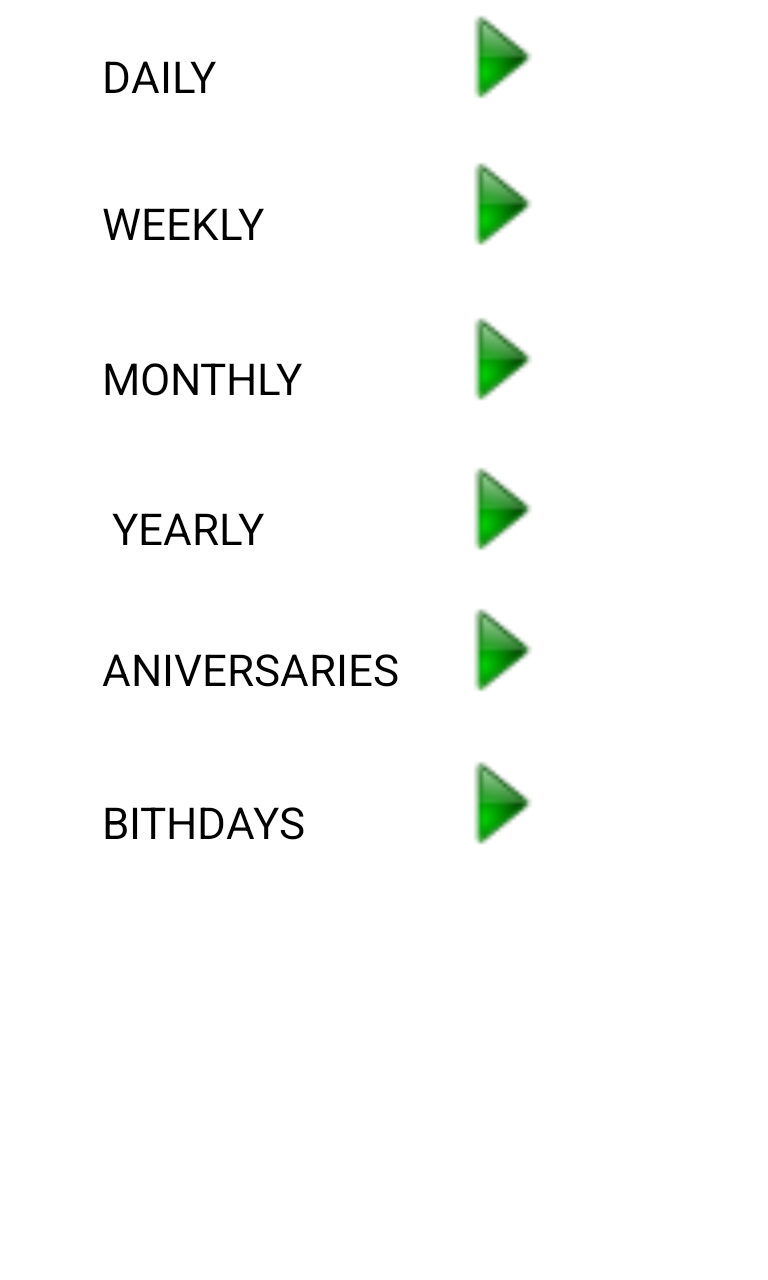
Repository: satyadarls/ToDo
Layout: ToDo/res/layout/activity_main.xml
An editor plug-in stored every save of this project. The layout is shown before and after the next save, followed by the edit.
It is drawn on a 768 x 1280 px phone screen (xhdpi) without system bars, with theme AppTheme; the app's code is not run.

Above is the layout before, as saved 2014-07-06 09:42:49.

### ToDo/res/layout/activity_main.xml
<?xml version="1.0" encoding="utf-8"?>
<RelativeLayout xmlns:android="http://schemas.android.com/apk/res/android"
    android:layout_width="match_parent"
    android:layout_height="match_parent" >

    <Button
        android:id="@+id/monthlybutton"
        style="?android:attr/buttonStyleSmall"
        android:layout_width="wrap_content"
        android:layout_height="wrap_content"
        android:layout_alignBottom="@+id/textView3"
        android:layout_alignLeft="@+id/weeklybutton"
        android:background="@drawable/rightarrow" />

    <Button
        android:id="@+id/dialybutton"
        style="?android:attr/buttonStyleSmall"
        android:layout_width="wrap_content"
        android:layout_height="wrap_content"
        android:layout_above="@+id/textView2"
        android:layout_marginLeft="26dp"
        android:layout_toRightOf="@+id/textView4"
        android:background="@drawable/rightarrow"/>

    <Button
        android:id="@+id/weeklybutton"
        style="?android:attr/buttonStyleSmall"
        android:layout_width="wrap_content"
        android:layout_height="wrap_content"
        android:layout_above="@+id/textView3"
        android:layout_alignLeft="@+id/dialybutton"
        android:background="@drawable/rightarrow"/>

    <TextView
        android:id="@+id/textView2"
        android:layout_width="wrap_content"
        android:layout_height="wrap_content"
        android:layout_alignLeft="@+id/textView1"
        android:layout_below="@+id/textView1"
        android:layout_marginTop="44dp"
        android:text="WEEKLY"
        android:textAppearance="?android:attr/textAppearanceLarge" />

    <TextView
        android:id="@+id/textView3"
        android:layout_width="wrap_content"
        android:layout_height="wrap_content"
        android:layout_alignLeft="@+id/textView2"
        android:layout_below="@+id/textView2"
        android:layout_marginTop="48dp"
        android:text="MONTHLY"
        android:textAppearance="?android:attr/textAppearanceLarge" />

    <TextView
        android:id="@+id/textView5"
        android:layout_width="wrap_content"
        android:layout_height="wrap_content"
        android:layout_alignLeft="@+id/textView4"
        android:layout_below="@+id/textView4"
        android:layout_marginTop="47dp"
        android:text="BITHDAYS"
        android:textAppearance="?android:attr/textAppearanceLarge" />

    <TextView
        android:id="@+id/textView1"
        android:layout_width="wrap_content"
        android:layout_height="wrap_content"
        android:layout_alignParentLeft="true"
        android:layout_alignParentTop="true"
        android:layout_marginLeft="51dp"
        android:layout_marginTop="23dp"
        android:text="DAILY"
        android:textAppearance="?android:attr/textAppearanceLarge" />

    <TextView
        android:id="@+id/textView4"
        android:layout_width="wrap_content"
        android:layout_height="wrap_content"
        android:layout_alignLeft="@+id/textView3"
        android:layout_below="@+id/textView3"
        android:layout_marginTop="116dp"
        android:text="ANIVERSARIES"
        android:textAppearance="?android:attr/textAppearanceLarge" />

    <Button
        android:id="@+id/button4"
        style="?android:attr/buttonStyleSmall"
        android:layout_width="wrap_content"
        android:layout_height="wrap_content"
        android:layout_alignLeft="@+id/monthlybutton"
        android:layout_below="@+id/monthlybutton"
        android:layout_marginTop="27dp"
        android:background="@drawable/rightarrow" />

    <TextView
        android:id="@+id/textView6"
        android:layout_width="wrap_content"
        android:layout_height="wrap_content"
        android:layout_alignBottom="@+id/button4"
        android:layout_alignRight="@+id/textView2"
        android:text="YEARLY"
        android:textAppearance="?android:attr/textAppearanceLarge" />

    <Button
        android:id="@+id/button5"
        style="?android:attr/buttonStyleSmall"
        android:layout_width="wrap_content"
        android:layout_height="wrap_content"
        android:layout_above="@+id/textView5"
        android:layout_alignLeft="@+id/button4"
        android:background="@drawable/rightarrow" />

    <Button
        android:id="@+id/button1"
        style="?android:attr/buttonStyleSmall"
        android:layout_width="wrap_content"
        android:layout_height="wrap_content"
        android:layout_alignBottom="@+id/textView5"
        android:layout_alignLeft="@+id/button5"
        android:background="@drawable/rightarrow" />

</RelativeLayout>

Loaded but not shown: ToDo/res/values/styles.xml (common file); ToDo/res/values-v11/styles.xml (common file); ToDo/res/values-v14/styles.xml (common file)

After the next save:
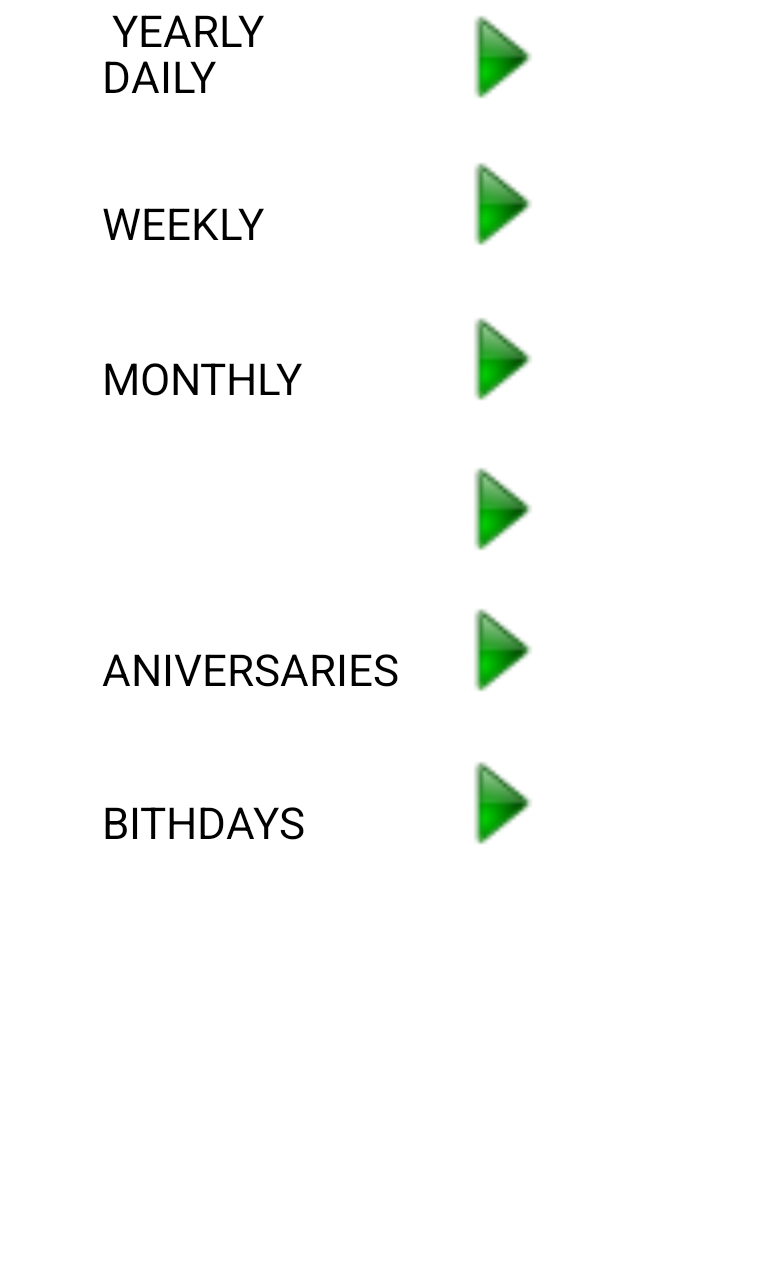
Saved 65 s later.
--- a/ToDo/res/layout/activity_main.xml
+++ b/ToDo/res/layout/activity_main.xml
@@ -83,7 +83,7 @@
         android:textAppearance="?android:attr/textAppearanceLarge" />
 
     <Button
-        android:id="@+id/button4"
+        android:id="@+id/yearlybutton"
         style="?android:attr/buttonStyleSmall"
         android:layout_width="wrap_content"
         android:layout_height="wrap_content"
@@ -102,21 +102,21 @@
         android:textAppearance="?android:attr/textAppearanceLarge" />
 
     <Button
-        android:id="@+id/button5"
+        android:id="@+id/aniversariesbutton"
         style="?android:attr/buttonStyleSmall"
         android:layout_width="wrap_content"
         android:layout_height="wrap_content"
         android:layout_above="@+id/textView5"
-        android:layout_alignLeft="@+id/button4"
+        android:layout_alignLeft="@+id/yearlybutton"
         android:background="@drawable/rightarrow" />
 
     <Button
-        android:id="@+id/button1"
+        android:id="@+id/birthdaysbutton"
         style="?android:attr/buttonStyleSmall"
         android:layout_width="wrap_content"
         android:layout_height="wrap_content"
         android:layout_alignBottom="@+id/textView5"
-        android:layout_alignLeft="@+id/button5"
+        android:layout_alignLeft="@+id/aniversariesbutton"
         android:background="@drawable/rightarrow" />
 
 </RelativeLayout>

After the save that followed:
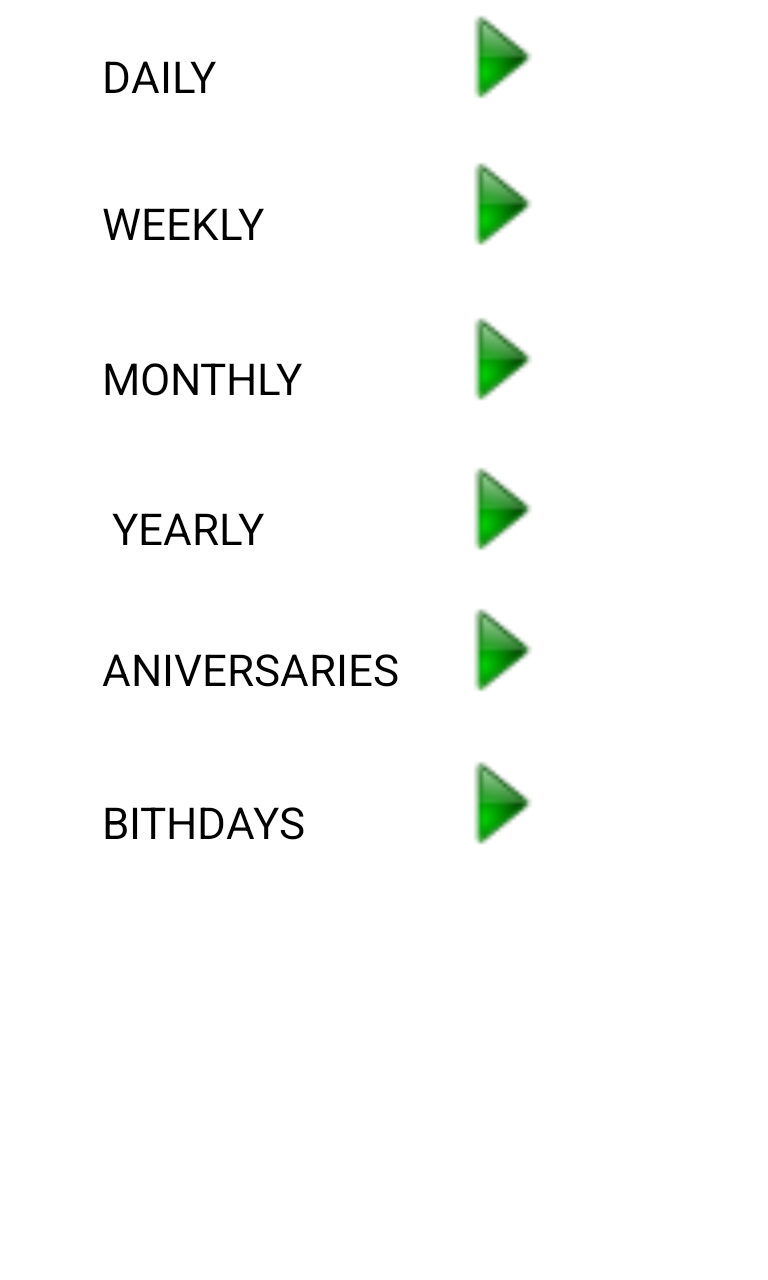
Saved 14 s later.
--- a/ToDo/res/layout/activity_main.xml
+++ b/ToDo/res/layout/activity_main.xml
@@ -92,15 +92,6 @@
         android:layout_marginTop="27dp"
         android:background="@drawable/rightarrow" />
 
-    <TextView
-        android:id="@+id/textView6"
-        android:layout_width="wrap_content"
-        android:layout_height="wrap_content"
-        android:layout_alignBottom="@+id/button4"
-        android:layout_alignRight="@+id/textView2"
-        android:text="YEARLY"
-        android:textAppearance="?android:attr/textAppearanceLarge" />
-
     <Button
         android:id="@+id/aniversariesbutton"
         style="?android:attr/buttonStyleSmall"
@@ -119,4 +110,13 @@
         android:layout_alignLeft="@+id/aniversariesbutton"
         android:background="@drawable/rightarrow" />
 
+    <TextView
+        android:id="@+id/textView6"
+        android:layout_width="wrap_content"
+        android:layout_height="wrap_content"
+        android:layout_alignBottom="@+id/yearlybutton"
+        android:layout_alignRight="@+id/textView2"
+        android:text="YEARLY"
+        android:textAppearance="?android:attr/textAppearanceLarge" />
+
 </RelativeLayout>
